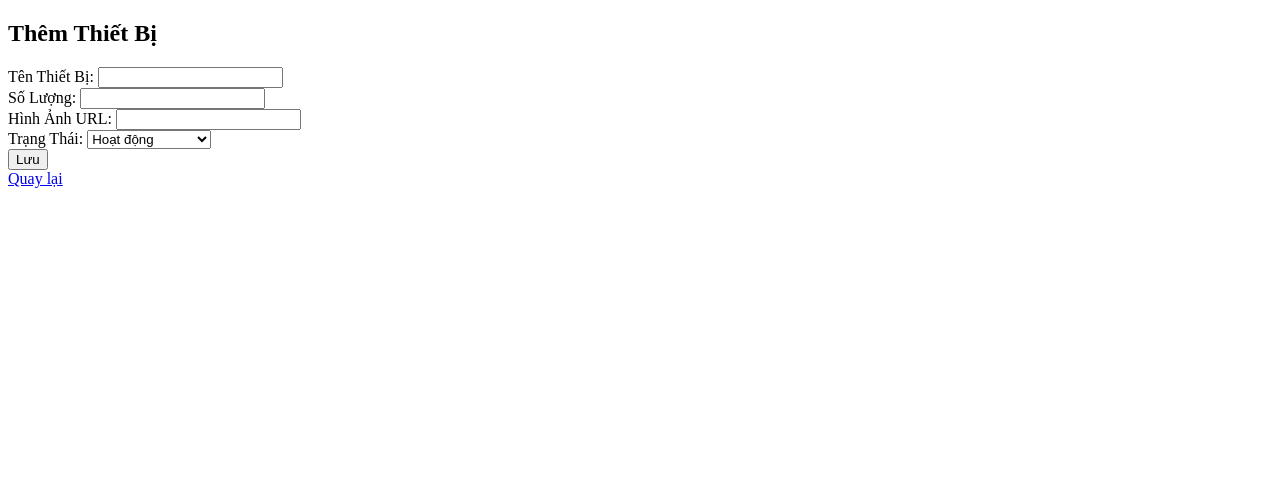
Repository: vuduckhoa/K22CNT2_VuDucKhoa_2210900032_project3
Page: http://localhost/K22CNT2_VuDucKhoa_2210900032_PRJ3/WEB-INF/views/thietbi/add.jsp
These files come from the project's save history. The page is drawn as it stood at one moment and after the next save; the edit follows.
The browser window is 1280 px wide. The pictures show the whole page.
The page is served by Tomcat 9. Nobody is signed in. Other server files are loaded and not shown. The template is opened directly, without the code that normally fills it, so the values that code supplies are empty.

Above is the page before, as saved 2025-03-04 02:06:47.

### K22CNT2_VuDucKhoa_2210900032_PRJ3/src/main/webapp/WEB-INF/views/thietbi/add.jsp
<%@ page language="java" contentType="text/html; charset=UTF-8" pageEncoding="UTF-8"%>
<!DOCTYPE html>
<html>
<head>
    <title>Thêm Thiết Bị</title>
</head>
<body>
    <h2>Thêm Thiết Bị</h2>
    <form action="save" method="post">
        <label>Tên Thiết Bị:</label>
        <input type="text" name="vdk_name" required><br>

        <label>Số Lượng:</label>
        <input type="number" name="vdk_soluong" required><br>

        <label>Hình Ảnh URL:</label>
        <input type="text" name="vdk_hinhanh"><br>

        <label>Trạng Thái:</label>
        <select name="vdk_trangthai">
            <option value="true">Hoạt động</option>
            <option value="false">Không hoạt động</option>
        </select><br>

        <input type="submit" value="Lưu">
    </form>
    <a href="list">Quay lại</a>
</body>
</html>

After the next save:
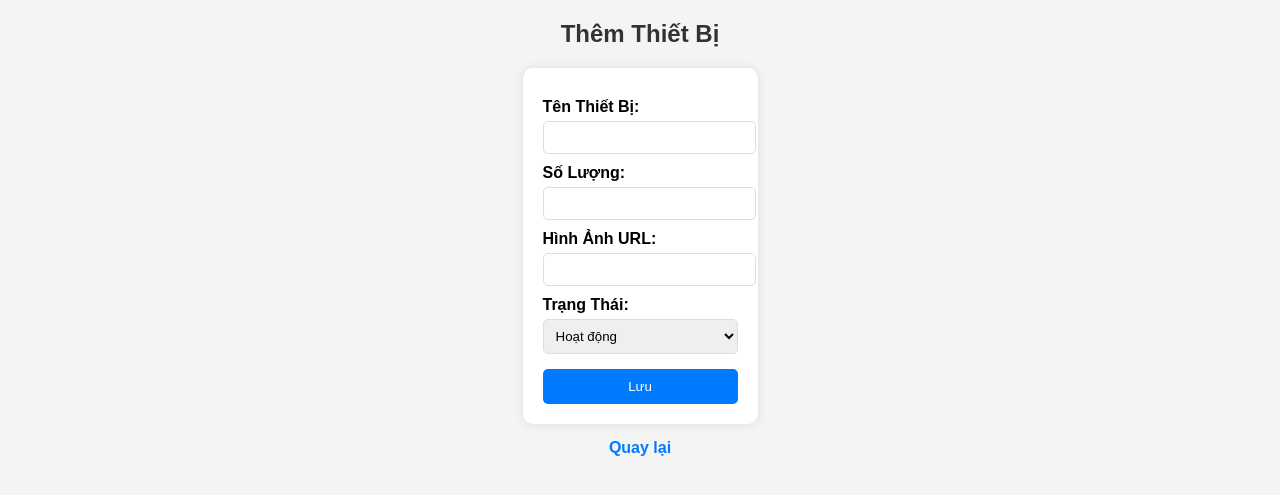
Saved 55 s later.
--- a/K22CNT2_VuDucKhoa_2210900032_PRJ3/src/main/webapp/WEB-INF/views/thietbi/add.jsp
+++ b/K22CNT2_VuDucKhoa_2210900032_PRJ3/src/main/webapp/WEB-INF/views/thietbi/add.jsp
@@ -3,27 +3,80 @@
 <html>
 <head>
     <title>Thêm Thiết Bị</title>
+    <style>
+        body {
+            font-family: Arial, sans-serif;
+            background-color: #f4f4f4;
+            margin: 20px;
+            text-align: center;
+        }
+        h2 {
+            color: #333;
+        }
+        form {
+            background: white;
+            padding: 20px;
+            border-radius: 10px;
+            box-shadow: 0 0 10px rgba(0, 0, 0, 0.1);
+            display: inline-block;
+            text-align: left;
+        }
+        label {
+            font-weight: bold;
+            display: block;
+            margin-top: 10px;
+        }
+        input, select {
+            width: 100%;
+            padding: 8px;
+            margin-top: 5px;
+            border: 1px solid #ddd;
+            border-radius: 5px;
+        }
+        input[type="submit"] {
+            background-color: #007bff;
+            color: white;
+            border: none;
+            padding: 10px;
+            cursor: pointer;
+            margin-top: 15px;
+        }
+        input[type="submit"]:hover {
+            background-color: #0056b3;
+        }
+        a {
+            display: inline-block;
+            margin-top: 15px;
+            text-decoration: none;
+            color: #007bff;
+            font-weight: bold;
+        }
+        a:hover {
+            color: #0056b3;
+        }
+    </style>
 </head>
 <body>
     <h2>Thêm Thiết Bị</h2>
     <form action="save" method="post">
         <label>Tên Thiết Bị:</label>
-        <input type="text" name="vdk_name" required><br>
+        <input type="text" name="vdk_name" required>
 
         <label>Số Lượng:</label>
-        <input type="number" name="vdk_soluong" required><br>
+        <input type="number" name="vdk_soluong" required>
 
         <label>Hình Ảnh URL:</label>
-        <input type="text" name="vdk_hinhanh"><br>
+        <input type="text" name="vdk_hinhanh">
 
         <label>Trạng Thái:</label>
         <select name="vdk_trangthai">
             <option value="true">Hoạt động</option>
             <option value="false">Không hoạt động</option>
-        </select><br>
+        </select>
 
         <input type="submit" value="Lưu">
     </form>
+    <br>
     <a href="list">Quay lại</a>
 </body>
 </html>
